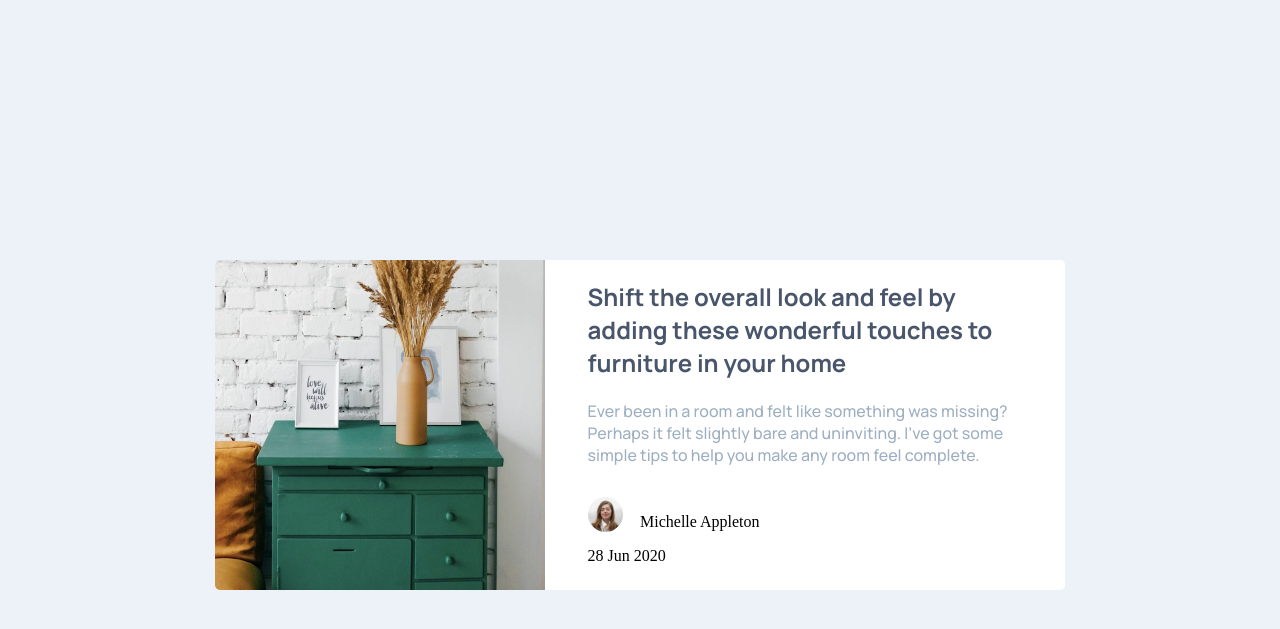
Repository: ricky603/training-css
Page: article-preview-component-master/index.html
An editor plug-in stored every save of this project. The page is shown before and after the next save, followed by the edit.
The browser window is 1280 px wide. The pictures show the whole page.

Above is the page before, as saved 2020-09-09 09:15:47.

After the next save:
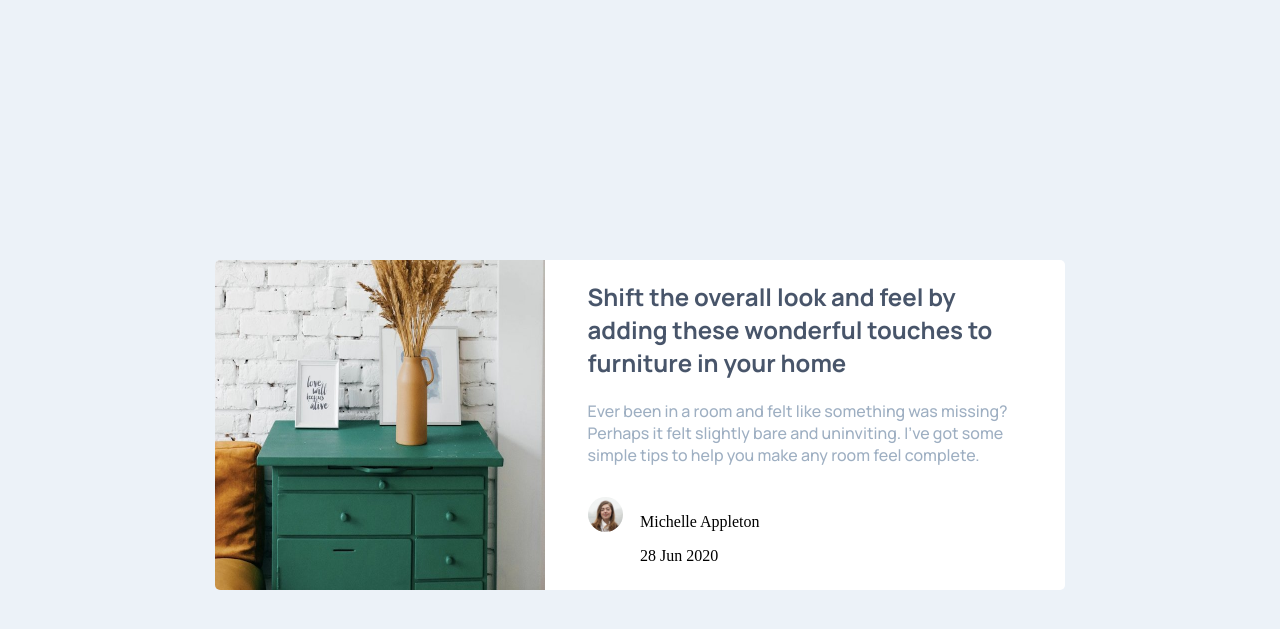
Saved 16 s later.
--- a/article-preview-component-master/styles.css
+++ b/article-preview-component-master/styles.css
@@ -71,4 +71,5 @@ h2 {
     border-radius: 100%;
     float: left;
     margin-right: 10%;
+    margin-bottom: 100%;
 }
